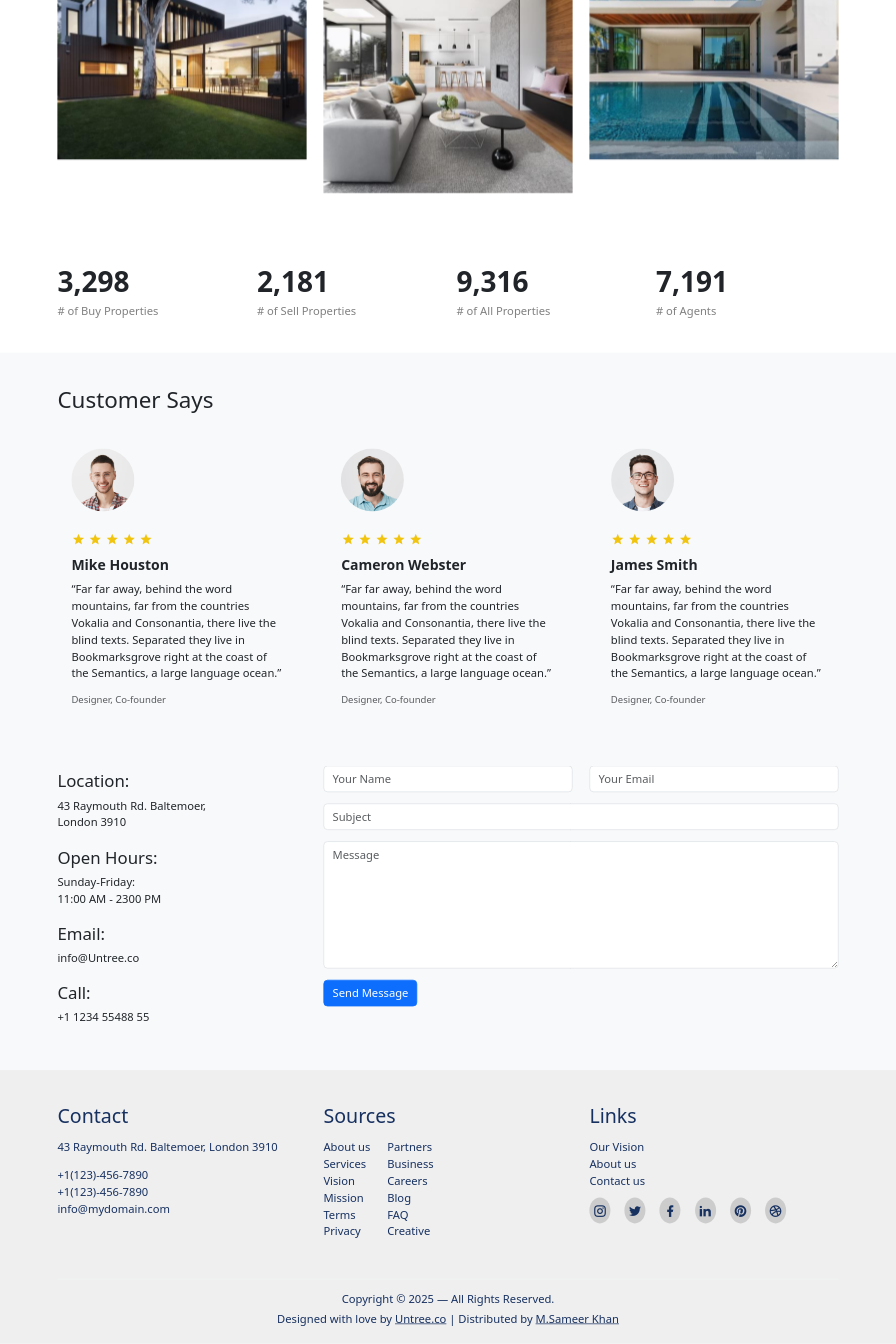
Repository: sameerrrrkhan911-git/Property
Page: about.html
An editor plug-in stored every save of this project. The page is shown before and after the next save, followed by the edit.
The browser window is 1280 px wide. The pictures show the part of the page from y = 2334 to 4254 px (the page is 4254 px tall before and 3867 px after), at 70% of full size.
Some icons come from a web library that is not loaded, so they are not drawn. Some web libraries are served in a nearby version.

Above is the page before, as saved 2025-09-28 18:53:37.
Console error: TypeError: Cannot read properties of undefined (reading 'length')

After the next save:
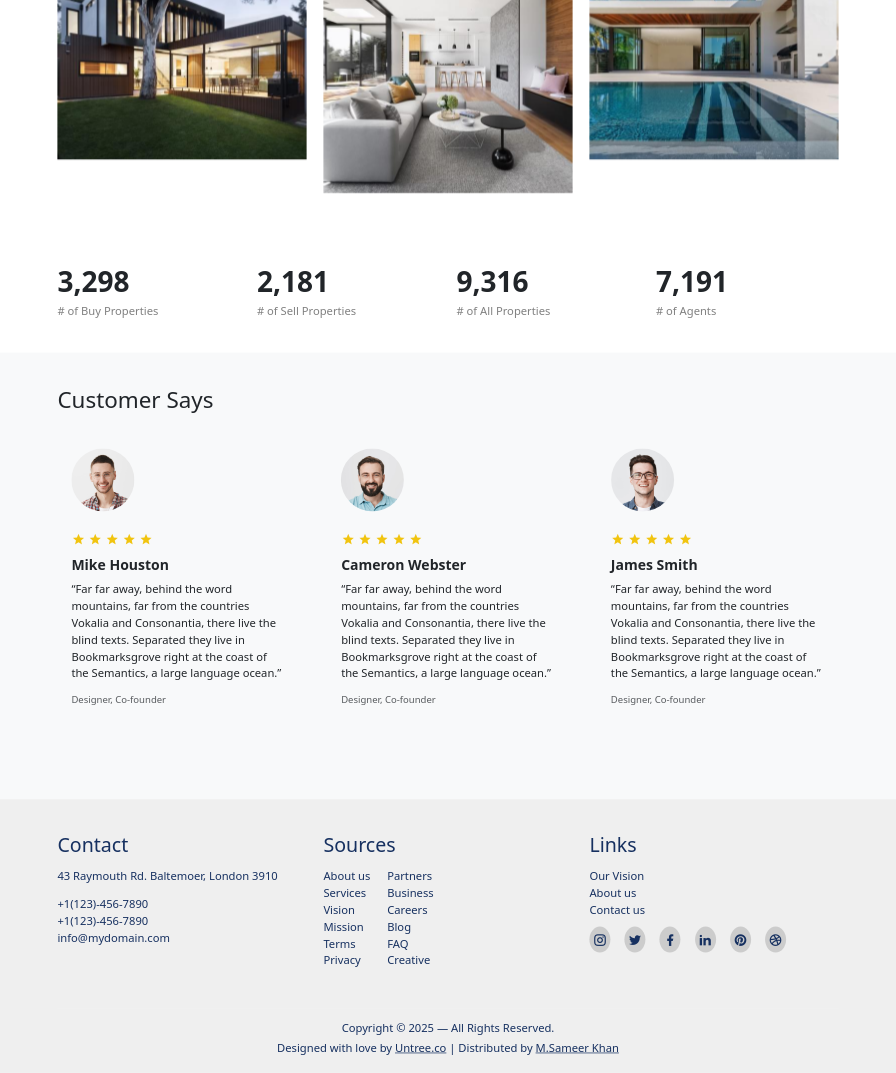
Saved 8 s later.
--- a/about.html
+++ b/about.html
@@ -395,67 +395,7 @@
         </div>
       </div>
 
-<div class="section">
-      <div class="container">
-        <div class="row">
-          <div class="col-lg-4 mb-5 mb-lg-0 aos-init aos-animate" data-aos="fade-up" data-aos-delay="100">
-            <div class="contact-info">
-              <div class="address mt-2">
-                <i class="icon-room"></i>
-                <h4 class="mb-2">Location:</h4>
-                <p>
-                  43 Raymouth Rd. Baltemoer,<br>
-                  London 3910
-                </p>
-              </div>
-
-              <div class="open-hours mt-4">
-                <i class="icon-clock-o"></i>
-                <h4 class="mb-2">Open Hours:</h4>
-                <p>
-                  Sunday-Friday:<br>
-                  11:00 AM - 2300 PM
-                </p>
-              </div>
-
-              <div class="email mt-4">
-                <i class="icon-envelope"></i>
-                <h4 class="mb-2">Email:</h4>
-                <p>info@Untree.co</p>
-              </div>
-
-              <div class="phone mt-4">
-                <i class="icon-phone"></i>
-                <h4 class="mb-2">Call:</h4>
-                <p>+1 1234 55488 55</p>
-              </div>
-            </div>
-          </div>
-          <div class="col-lg-8 aos-init aos-animate" data-aos="fade-up" data-aos-delay="200">
-            <form action="#">
-              <div class="row">
-                <div class="col-6 mb-3">
-                  <input type="text" class="form-control" placeholder="Your Name">
-                </div>
-                <div class="col-6 mb-3">
-                  <input type="email" class="form-control" placeholder="Your Email">
-                </div>
-                <div class="col-12 mb-3">
-                  <input type="text" class="form-control" placeholder="Subject">
-                </div>
-                <div class="col-12 mb-3">
-                  <textarea name="" id="" cols="30" rows="7" class="form-control" placeholder="Message"></textarea>
-                </div>
-
-                <div class="col-12">
-                  <input type="submit" value="Send Message" class="btn btn-primary">
-                </div>
-              </div>
-            </form>
-          </div>
-        </div>
-      </div>
-    </div>
+
 
     </main>
 
